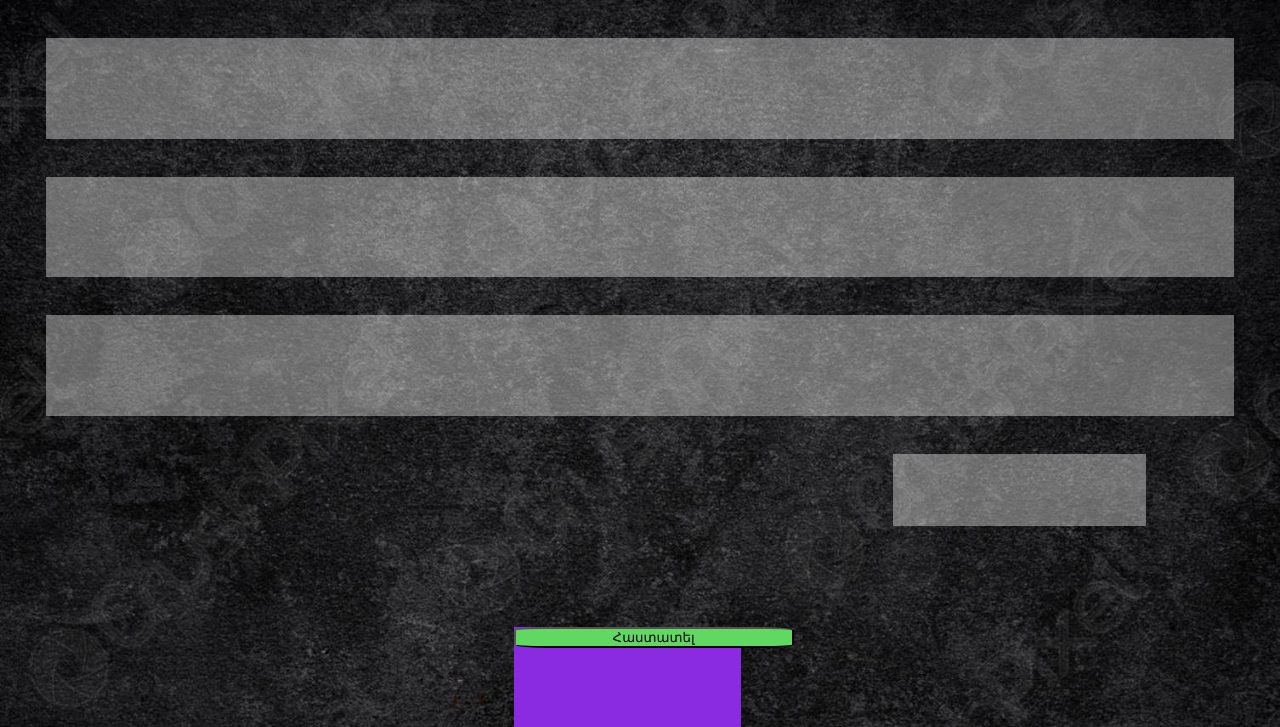
Repository: NarekTovmasyan/PizzaManue
Page: public/basket.html
The author's editor kept a copy of each file at every save. The page is drawn from the files as they stood at one save, then again after the next save.
The browser window is 1280 px wide. The pictures show the whole page.

Above is the page before, as saved 2022-01-20 12:56:46.

### public/basket.html
<!DOCTYPE html>
<html lang="en">
<head>
    <meta charset="UTF-8">
    <meta http-equiv="X-UA-Compatible" content="IE=edge">
    <meta name="viewport" content="width=device-width, initial-scale=1.0">
    <link rel="stylesheet" href="basket.css">
    <title>BASKET</title>

</head>
<body>
    <div class= "main">
        <div class ="prop">
            <div></div>
            <div></div>
            <div></div>
            <div></div>
            <div></div>
            <div></div>
         </div>
        <div class ="prop">
            <div></div>
            <div></div>
            <div></div>
            <div></div>
            <div></div>
            <div></div>
        </div>
        <div class ="prop">
            <div></div>
            <div></div>
            <div></div>
            <div></div>
            <div></div>
            <div></div>
        </div>
        <div class ="sum"></div>
        <div class = "confirm"><button class = "button">Հաստատել</button></div>
    </div>
</body>
</html>

### public/basket.css
body {
    background-image: url(./images/background.jpg);
    background-repeat: no-repeat;
    background-size: cover;
  }
 .main{
      width: 100%;
      height: 80vh;
}
.prop{
  background-color: rgba(255, 255, 255, 0.377) ;
  color: grey;
  width: 94%;
  height: 14vh;
  margin-top: 3%;
  margin-left: 3%;
}
.sum{
    background-color: rgba(255, 255, 255, 0.377) ;
    width: 20%;
    height: 10vh;
    margin-top: 3%;
    margin-left: 70%;
}
.confirm{
    background-color: blueviolet;
    width: 18%;
    height: 100px;
    margin-top: 8%;
    margin-left:40%;


}
.button{
    background-color:rgb(97, 216, 97);
    border-radius: 15%;
    text-align:center;
    width: 280px;
}

After the next save:
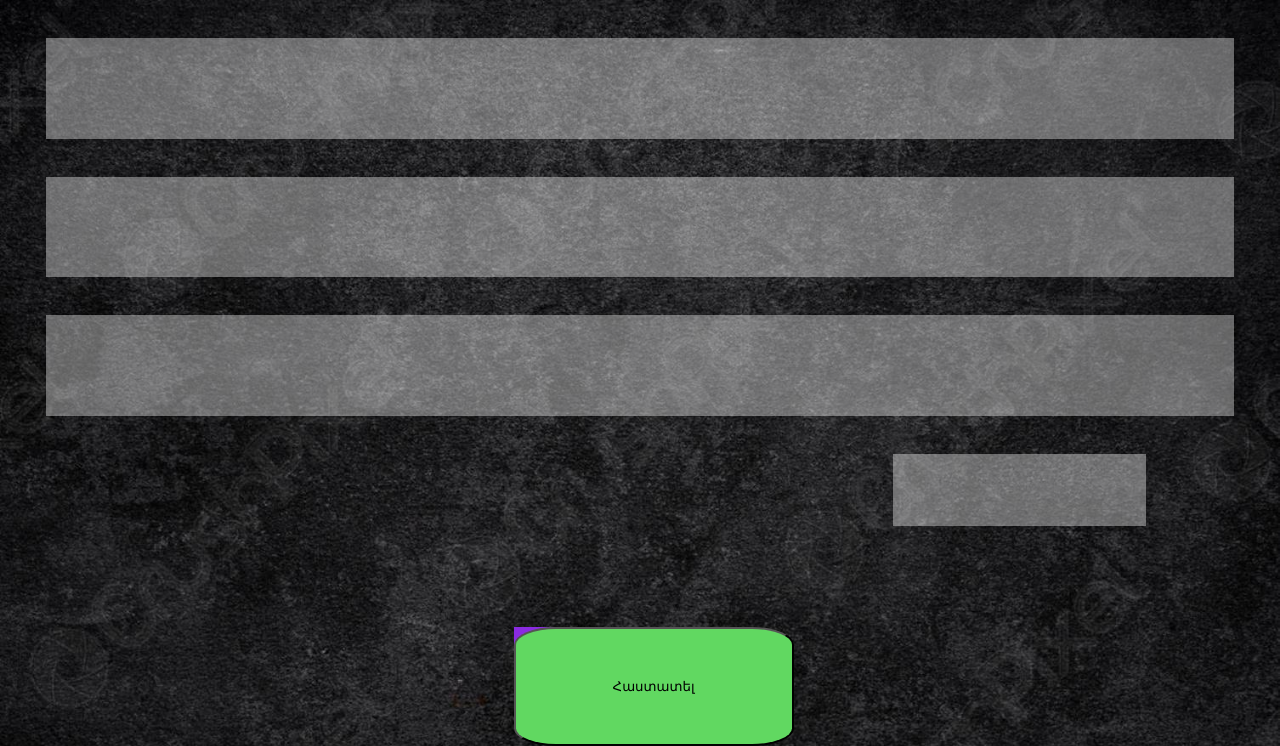
Saved 57 s later.
--- a/public/basket.css
+++ b/public/basket.css
@@ -32,6 +32,7 @@
 
 }
 .button{
+    padding: 50px 20px;
     background-color:rgb(97, 216, 97);
     border-radius: 15%;
     text-align:center;
